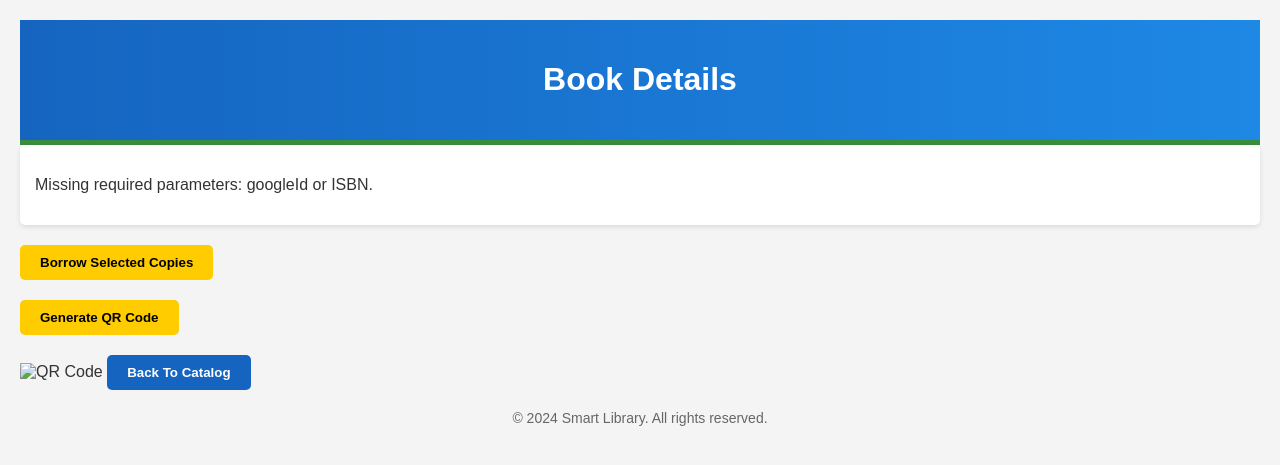
Repository: grebail/Comp-FYP
Page: public/book_details.html
An editor plug-in stored every save of this project. The page is shown before and after the next save, followed by the edit.
The browser window is 1280 px wide. The pictures show the whole page.

Above is the page before, as saved 2025-02-12 16:19:37.
Console error (its wording comes from the project's code and is left out).

### public/book_details.html
<!DOCTYPE html>
<html lang="en">

<head>
    <meta charset="UTF-8">
    <meta name="viewport" content="width=device-width, initial-scale=1.0">
    <title>Book Details</title>
    <style>
        body {
            font-family: Arial, sans-serif;
            margin: 0;
            padding: 20px;
            background-color: #f4f4f4;
            color: #333;
        }

        header {
            background: linear-gradient(to right, #1565c0, #1e88e5);
            color: #fff;
            padding: 20px;
            text-align: center;
            border-bottom: 5px solid #388e3c;
        }

        .book-cover {
            max-width: 200px;
            height: auto;
            margin-bottom: 15px;
        }

        .book-details {
            background-color: white;
            padding: 15px;
            border-radius: 5px;
            box-shadow: 0 2px 5px rgba(0, 0, 0, 0.1);
            margin-bottom: 20px;
        }

        .copies-list {
            margin-top: 20px;
        }

        .copy-item {
            margin-bottom: 15px;
            display: flex;
            align-items: center;
        }

        .copy-item input[type="checkbox"] {
            margin-right: 10px;
        }

        .borrow-button {
            display: block;
            margin-top: 20px;
            padding: 10px 20px;
            background-color: #ffcc00;
            border: none;
            border-radius: 5px;
            cursor: pointer;
            text-align: center;
            text-decoration: none;
            color: black;
            font-weight: bold;
        }

        .borrow-button:hover {
            background-color: #e6b800;
        }

        .back-button {
            margin-top: 20px;
            padding: 10px 20px;
            background-color: #1565c0;
            color: white;
            border: none;
            border-radius: 5px;
            cursor: pointer;
            font-weight: bold;
        }

        .back-button:hover {
            background-color: #0d47a1;
        }

        footer {
            margin-top: 20px;
            text-align: center;
            font-size: 14px;
            color: #666;
        }

        footer p {
            margin: 0;
        }
    </style>
</head>

<body>
    <header>
        <h1>Book Details</h1>
    </header>

    <main id="bookDetails" class="book-details">
        <!-- Book details will be dynamically inserted here -->
    </main>

    <section id="copiesSection" class="copies-list">
        <!-- Copies will be dynamically inserted here -->
    </section>

    <button class="borrow-button" onclick="borrowSelectedCopies()">Borrow Selected Copies</button>
    <button class="borrow-button" onclick="generateQRCode()">Generate QR Code</button>
    <img id="qrCode" alt="QR Code" />
    <button class="back-button" id="goBackButton">Back To Catalog</button>

    <footer>
        <p>&copy; 2024 Smart Library. All rights reserved.</p>
    </footer>

    <script>
        // Utility function to get query parameters
        function getQueryParam(param) {
            const urlParams = new URLSearchParams(window.location.search);
            return urlParams.get(param);
        }

        // Extract parameters from the URL
        const googleId = getQueryParam('googleId');
        const userId = getQueryParam('userid');
        const isbn = getQueryParam('isbn');
        const userToken = getQueryParam('token') || localStorage.getItem('token'); // Get token from URL or fallback to localStorage

        console.log('googleId:', googleId);
        console.log('userId:', userId);
        console.log('ISBN:', isbn);
        console.log('User Token:', userToken);

        // Validate parameters
        if (!googleId && !isbn) {
            document.getElementById('bookDetails').innerHTML = `<p>Missing required parameters: googleId or ISBN.</p>`;
            throw new Error('Missing required parameters: googleId or ISBN.');
        }

        // Fetch book details
        function fetchBookDetails(id, isIsbn = false) {
            const endpoint = isIsbn ? `/api/books/isbn/${id}` : `/api/books/${id}`;
            console.log(`Fetching details from: ${endpoint}`);
            return fetch(endpoint, {
                headers: {
                    'Authorization': `Bearer ${userToken}` // Use token for authentication
                }
            })
                .then(response => {
                    if (!response.ok) {
                        throw new Error(`Error ${response.status}: Book not found.`);
                    }
                    return response.json();
                });
        }

        // Attempt to fetch book by googleId, fallback to isbn if not found
        if (googleId) {
            fetchBookDetails(googleId)
                .then(displayBookDetails)
                .catch(() => {
                    console.warn('Failed to fetch by googleId. Trying by ISBN...');
                    if (isbn) {
                        fetchBookDetails(isbn, true)
                            .then(displayBookDetails)
                            .catch(error => {
                                document.getElementById('bookDetails').innerHTML = `<p>${error.message}</p>`;
                            });
                    } else {
                        document.getElementById('bookDetails').innerHTML = `<p>Book not found and ISBN is missing.</p>`;
                    }
                });
        } else if (isbn) {
            fetchBookDetails(isbn, true)
                .then(displayBookDetails)
                .catch(error => {
                    document.getElementById('bookDetails').innerHTML = `<p>${error.message}</p>`;
                });
        }

        // Display book details
        function displayBookDetails(book) {
            const bookDetails = `
                <img src="${book.coverImage}" alt="${book.title} cover" class="book-cover" />
                <div><strong>Title:</strong> ${book.title}</div>
                <div><strong>Subtitle:</strong> ${book.subtitle || 'N/A'}</div>
                <div><strong>Author(s):</strong> ${book.authors.join(', ')}</div>
                <div><strong>Publisher:</strong> ${book.publisher || 'N/A'}</div>
                <div><strong>Published Date:</strong> ${book.publishedDate}</div>
                <div><strong>ISBN:</strong> ${book.industryIdentifier}</div>
                <div><strong>Description:</strong> ${book.description || 'N/A'}</div>
                <div><strong>Page Count:</strong> ${book.pageCount || 'N/A'}</div>
                <div><strong>Categories:</strong> ${book.categories ? book.categories.join(', ') : 'N/A'}</div>
                <div><strong>Language:</strong> ${book.language || 'N/A'}</div>
            `;
            document.getElementById('bookDetails').innerHTML = bookDetails;
        }

        // Fetch book copies
        function fetchBookCopies() {
            if (!isbn) {
                document.getElementById('copiesSection').innerHTML = `<p>ISBN is missing in the URL. Cannot fetch book copies.</p>`;
                return;
            }

            fetch(`/api/books/isbn/${isbn}/copies`, {
                headers: {
                    'Authorization': `Bearer ${userToken}` // Use token for authentication
                }
            })
                .then(response => response.json())
                .then(data => {
                    displayBookCopies(data.copies);
                })
                .catch(err => {
                    console.error('Error fetching copies:', err);
                    document.getElementById('copiesSection').innerHTML = `<p>${err.message}</p>`;
                });
        }

        // Display book copies with checkboxes
        function displayBookCopies(copies) {
            const copiesSection = document.getElementById('copiesSection');
            if (!copies || copies.length === 0) {
                copiesSection.innerHTML = '<p>No copies available for this book.</p>';
                return;
            }

            const copiesHTML = copies.map(copy => `
                <div class="copy-item">
                    <input type="checkbox" id="copy-${copy.copyId}" value="${copy.copyId}" ${!copy.availability ? 'disabled' : ''}>
                    <label for="copy-${copy.copyId}">
                        <strong>Copy ID:</strong> ${copy.copyId},
                        <strong>Location:</strong> ${copy.bookLocation},
                        <strong>Available:</strong> ${copy.availability ? 'Yes' : 'No'}
                    </label>
                </div>
            `).join('');
            copiesSection.innerHTML = copiesHTML;
        }
       // Generate QR Code for borrowing selected copies
       function generateQRCode() {
        const selectedCopies = Array.from(document.querySelectorAll('input[type="checkbox"]:checked')).map(cb => cb.value);

        if (selectedCopies.length === 0) {
            alert('Please select at least one copy to generate a QR code.');
            return;
        }

        const qrCodeValue = `http://localhost:10000/user_borrow_copy_byQR.html?userid=${userId}&isbn=${isbn}&copies=${selectedCopies.join(',')}&token=${userToken}`;
        const qrCodeElement = document.getElementById('qrCode');
        qrCodeElement.src = `https://api.qrserver.com/v1/create-qr-code/?data=${encodeURIComponent(qrCodeValue)}&size=200x200`;
        qrCodeElement.style.display = 'block';
    }

        // Borrow selected copies
        function borrowSelectedCopies() {
            const selectedCopies = Array.from(document.querySelectorAll('input[type="checkbox"]:checked')).map(cb => cb.value);

            if (selectedCopies.length === 0) {
                alert('Please select at least one copy to borrow.');
                return;
            }

            fetch(`/api/books/copy_borrow`, {
                method: 'POST',
                headers: {
                    'Content-Type': 'application/json',
                    'Authorization': `Bearer ${userToken}` // Use token for authentication
                },
                body: JSON.stringify({ userid: userId, isbn, selectedCopies })
            })
                .then(response => response.json())
                .then(data => {
                    if (!data.message || data.error) {
                        throw new Error(data.error || 'Failed to borrow copies.');
                    }

                    // Notify the user of success
                    alert(data.message || 'Copies borrowed successfully!');

                    // Redirect to the user_borrow_copy page
                    if (data.redirectUrl) {
                        window.location.href = data.redirectUrl;
                    } else {
                        // Fallback to default redirection if no redirect URL is provided
                        window.location.href = `user_borrow_copy.html?userid=${userId}&isbn=${isbn}&copies=${selectedCopies.join(',')}&token=${userToken}}`;
                    }
                })
                .catch(err => {
                    console.error('Error borrowing copies:', err);
                    alert(err.message || 'Failed to borrow copies. Please try again later.');
                });
        }

        // Back button event listener
        document.getElementById('goBackButton').addEventListener('click', () => {
            window.location.href = `user-books-catalog.html?userid=${userId}&token=${userToken}`;
        });

        // Fetch book copies on page load
        fetchBookCopies();
    </script>
</body>

</html>

After the next save:
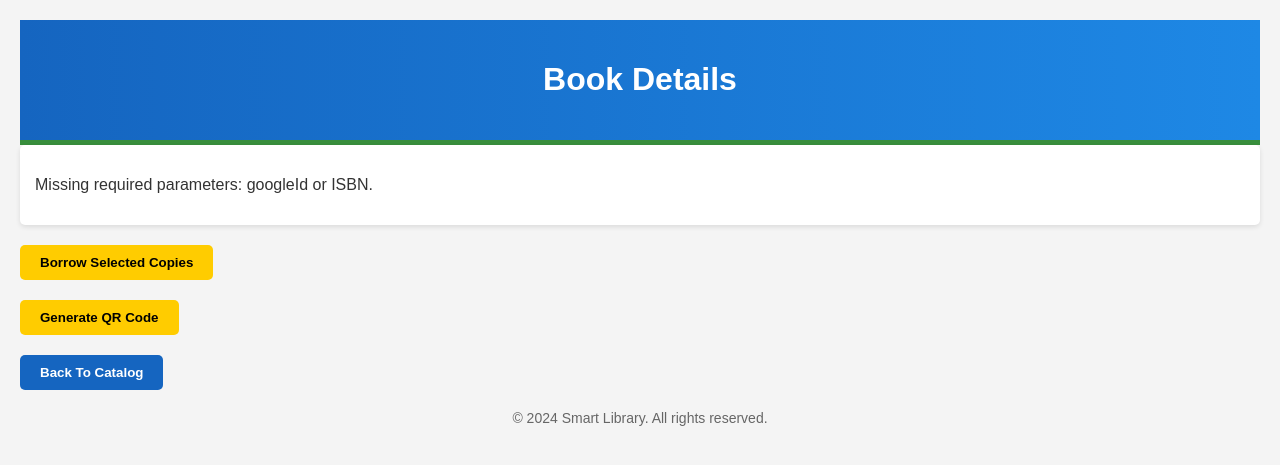
Saved 79 s later.
--- a/public/book_details.html
+++ b/public/book_details.html
@@ -111,7 +111,7 @@
 
     <button class="borrow-button" onclick="borrowSelectedCopies()">Borrow Selected Copies</button>
     <button class="borrow-button" onclick="generateQRCode()">Generate QR Code</button>
-    <img id="qrCode" alt="QR Code" />
+
     <button class="back-button" id="goBackButton">Back To Catalog</button>
 
     <footer>

After the save that followed:
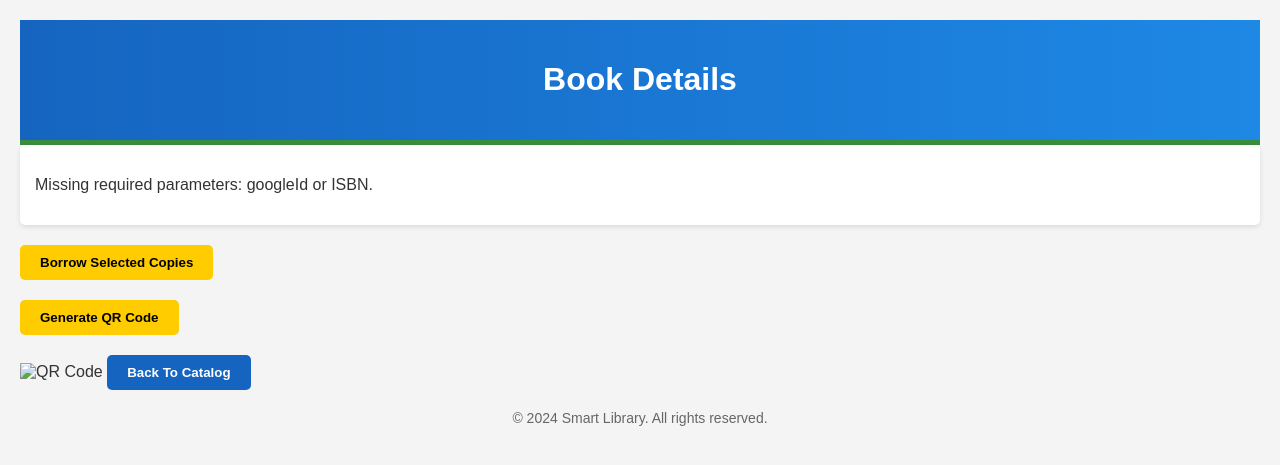
Saved 81 s later.
--- a/public/book_details.html
+++ b/public/book_details.html
@@ -111,7 +111,7 @@
 
     <button class="borrow-button" onclick="borrowSelectedCopies()">Borrow Selected Copies</button>
     <button class="borrow-button" onclick="generateQRCode()">Generate QR Code</button>
-
+    <img id="qrCode" alt="QR Code" />
     <button class="back-button" id="goBackButton">Back To Catalog</button>
 
     <footer>
